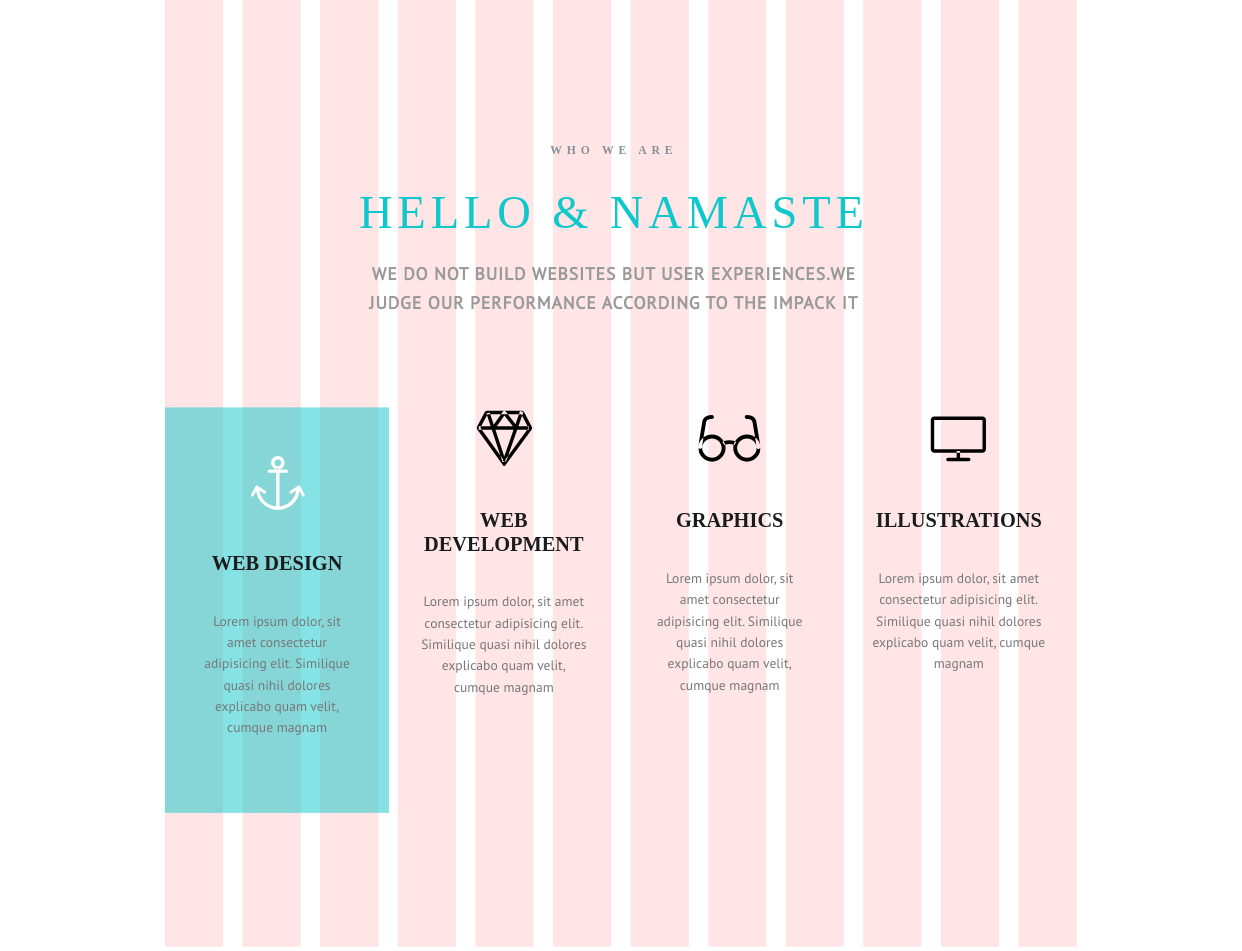
Repository: shpakovskaya/github.io
Page: boxsizing/namastegreen/index.html
The author's editor kept a copy of each file at every save. The page is drawn from the files as they stood at one save, then again after the next save.
The browser window is 1280 px wide. The pictures show the whole page, at 97% of full size.
The pointer rests on the first visible `.c-wrapper__anchor`.

Above is the page before, as saved 2021-11-24 20:06:17.

### boxsizing/namastegreen/index.html
<!DOCTYPE html>
<html lang="en">
  <head>
    <meta charset="UTF-8" />
    <meta http-equiv="X-UA-Compatible" content="IE=edge" />
    <meta name="viewport" content="width=device-width, initial-scale=1.0" />
    <title>namaste_green</title>
    <link
      rel="stylesheet"
      href="https://cdnjs.cloudflare.com/ajax/libs/normalize/8.0.1/normalize.min.css"
      integrity="sha512-NhSC1YmyruXifcj/KFRWoC561YpHpc5Jtzgvbuzx5VozKpWvQ+4nXhPdFgmx8xqexRcpAglTj9sIBWINXa8x5w=="
      crossorigin="anonymous"
      referrerpolicy="no-referrer"
    />
    <link
      rel="shortcut icon"
      href="./free-icon-sahasrara-5937794.ico"
      type="image/x-icon"
    />
    <!-- Fonts -->
    <link rel="stylesheet" href="./montserrat/Montserrat-Regular.ttf" />
    <link rel="stylesheet" href="./montserrat/Montserrat-Bold.ttf" />
    <link rel="preconnect" href="https://fonts.googleapis.com" />
    <link rel="preconnect" href="https://fonts.gstatic.com" crossorigin />
    <link
      href="https://fonts.googleapis.com/css2?family=PT+Sans&display=swap"
      rel="stylesheet"
    />
    <link rel="stylesheet" href="./style.css" />
  </head>
  <body>
    <!-- Background -->
    <div class="conteiner">
      <img
        src="./img/1b0eb2e9-f134-46c9-915e-629d914347aa (1).png"
        alt="background"
      />
      <!-- Header -->
      <header class="header conteiner">
        <header class="header__wrapper">
          <h5 class="e-header__one">WHO WE ARE</h5>
          <h2 class="e-header__two">HELLO & NAMASTE</h2>
          <h4 class="e-header__three">
            WE DO NOT BUILD WEBSITES BUT USER EXPERIENCES.WE
            <br />JUDGE OUR PERFORMANCE ACCORDING TO THE IMPACK IT
          </h4>
        </header>
      </header>
      <!-- Main content -->
      <div class="wrapper">
        <!-- Anchor item -->
        <div class="c-wrapper__anchor">
          <div class="e-wrapper__anchor">
            <svg
              version="1.2"
              baseprofile="tiny-ps"
              xmlns="http://www.w3.org/2000/svg"
              viewbox="0 0 69 74"
              width="64"
              height="64"
            >
              <path
                id="Anchor"
                class="shp0"
                d="M35 70.19C21.76 70.19 10.62 60.29 9.08 47.16C8.95 46.06 9.73 45.07 10.83 44.94C11.92 44.8 12.92 45.59 13.05 46.69C14.35 57.81 23.79 66.19 35 66.19C46.19 66.19 55.63 57.82 56.95 46.73C57.08 45.63 58.07 44.84 59.17 44.98C60.27 45.11 61.06 46.1 60.92 47.2C59.36 60.31 48.22 70.19 35 70.19ZM35 69.68C33.89 69.68 33 68.79 33 67.68L33 22.56C33 21.45 33.89 20.56 35 20.56C36.1 20.56 37 21.45 37 22.56L37 67.68C37 68.79 36.1 69.68 35 69.68ZM35.03 9.94C37.27 9.94 39.09 11.76 39.09 14C39.09 16.24 37.27 18.06 35.03 18.06C32.79 18.06 30.97 16.24 30.97 14C30.97 11.76 32.79 9.94 35.03 9.94M35.03 5.94C30.58 5.94 26.97 9.55 26.97 14C26.97 18.45 30.58 22.06 35.03 22.06C39.48 22.06 43.09 18.45 43.09 14C43.09 9.55 39.48 5.94 35.03 5.94L35.03 5.94ZM59.4 45.16L51.49 50.54C50.81 50.97 49.89 50.95 49.48 50.25L49.07 49.8C48.67 49.1 48.89 48.18 49.57 47.74L58.67 41.6C58.68 41.59 58.69 41.58 58.7 41.57L59.32 41.17C59.66 40.95 60.05 40.9 60.4 40.99C60.76 41.07 61.09 41.3 61.29 41.65L61.66 42.28C61.67 42.3 61.66 42.31 61.67 42.32L66.81 51.78C67.22 52.48 67 53.39 66.32 53.83L65.75 54.05C65.07 54.48 64.23 54.09 63.82 53.39L59.4 45.16ZM6.18 53.39C5.77 54.09 4.93 54.48 4.25 54.05L3.68 53.83C3 53.39 2.78 52.48 3.19 51.78L8.33 42.32C8.34 42.31 8.33 42.3 8.34 42.28L8.71 41.65C8.91 41.3 9.24 41.07 9.6 40.99C9.95 40.9 10.34 40.95 10.68 41.17L11.3 41.57C11.31 41.58 11.32 41.59 11.33 41.6L20.43 47.74C21.11 48.18 21.33 49.1 20.93 49.8L20.52 50.25C20.11 50.95 19.19 50.97 18.51 50.54L10.6 45.16L6.18 53.39ZM25 22L45 22C46.1 22 47 22.89 47 24C47 25.1 46.1 26 45 26L25 26C23.9 26 23 25.1 23 24C23 22.89 23.9 22 25 22Z"
              />
            </svg>
          </div>
          <div class="title">
            <h4 class="title__anchor">WEB DESIGN</h4>
          </div>
          <div class="text__anchor">
            <span
              >Lorem ipsum dolor, sit amet consectetur adipisicing elit.
              Similique quasi nihil dolores explicabo quam velit, cumque magnam
            </span>
          </div>
        </div>
        <!-- Diamond item -->
        <div class="c-wrapper__diamond">
          <div class="e-wrapper__diamond">
            <svg
              version="1.2"
              baseprofile="tiny-ps"
              xmlns="http://www.w3.org/2000/svg"
              viewbox="0 0 74 72"
              width="66"
              height="64"
            >
              <path
                id="Diamond"
                class="shp0"
                d="M57.75 7.98L66.06 23.88L37.94 62.17L10.27 23.59L18.57 7.98L57.75 7.98M58.17 3.98L18.17 3.98C17.07 3.98 15.74 4.77 15.23 5.75L6.51 22.14C5.99 23.11 6.09 24.63 6.73 25.53L36.74 67.35C37.06 67.8 37.49 68.03 37.91 68.03C38.34 68.03 38.76 67.81 39.09 67.36L69.58 25.85C70.23 24.96 70.35 23.44 69.84 22.47L61.09 5.75C60.58 4.78 59.27 3.98 58.17 3.98L58.17 3.98ZM66.42 25.98L8.42 25.98L8.42 21.98L66.42 21.98L66.42 25.98ZM36.02 63.61L17.27 7.11L21.06 5.85L39.81 62.35L36.02 63.61ZM39.96 63.18L36.18 61.86L56.28 4.32L60.06 5.64L39.96 63.18ZM27.14 25.12L23.86 22.83L36.39 4.83C36.76 4.31 37.35 3.99 37.98 3.97C38.59 3.98 39.22 4.24 39.61 4.75L53.08 22.08L49.92 24.54L38.12 9.35L27.14 25.12Z"
              />
            </svg>
          </div>
          <div class="title">
            <h4 class="title__diamond">WEB DEVELOPMENT</h4>
          </div>
          <div class="text__diamond">
            <span
              >Lorem ipsum dolor, sit amet consectetur adipisicing elit.
              Similique quasi nihil dolores explicabo quam velit, cumque magnam
            </span>
          </div>
        </div>
        <!-- Eyeglasses item -->
        <div class="c-wrapper__eyeglasses">
          <div class="e-wrapper__eyeglasses">
            <svg
              version="1.2"
              baseprofile="tiny-ps"
              xmlns="http://www.w3.org/2000/svg"
              viewbox="0 0 64 48"
              width="64"
              height="64"
            >
              <path
                id="Eyeglasses"
                class="shp0"
                d="M1.91 34.69C1.86 34.69 1.81 34.69 1.77 34.69C0.66 34.61 -0.17 33.65 -0.09 32.55C-0.03 31.68 3.03 12.72 3.54 9.66C3.59 9.37 3.62 9.06 3.67 8.73C4.06 5.65 4.79 -0.06 14.01 -0.06C15.12 -0.06 16.01 0.83 16.01 1.94C16.01 3.04 15.12 3.94 14.01 3.94C8.31 3.94 8.01 6.28 7.63 9.24C7.59 9.62 7.54 9.98 7.48 10.32C7.09 12.7 4.32 26.99 3.9 32.83C3.83 33.89 2.95 34.69 1.91 34.69ZM62.09 34.82C61.05 34.82 59.97 34.01 59.9 32.96C59.48 27.12 56.71 12.7 56.32 10.32C56.26 9.98 56.21 9.62 56.17 9.24C55.79 6.28 55.49 3.94 49.79 3.94C48.69 3.94 47.79 3.04 47.79 1.94C47.79 0.83 48.69 -0.06 49.79 -0.06C59.01 -0.06 59.74 5.65 60.13 8.73C60.18 9.06 60.21 9.37 60.26 9.66C60.77 12.72 64.03 31.81 64.09 32.67C64.17 33.78 63.34 34.73 62.23 34.81C62.19 34.82 62.14 34.82 62.09 34.82ZM14.08 24.02C19.58 24.02 24.04 28.48 24.04 33.98C24.04 39.47 19.58 43.94 14.08 43.94C8.57 43.94 3.92 39.38 3.92 33.98C3.92 28.58 8.57 24.02 14.08 24.02M14.08 20.02C6.37 20.02 -0.08 26.27 -0.08 33.98C-0.08 41.69 6.37 47.94 14.08 47.94C21.79 47.94 28.04 41.69 28.04 33.98C28.04 26.27 21.79 20.02 14.08 20.02L14.08 20.02ZM50.08 24.02C55.57 24.02 60.04 28.48 60.04 33.98C60.04 39.47 55.57 43.94 50.08 43.94C44.57 43.94 39.91 39.38 39.91 33.98C39.91 28.58 44.57 24.02 50.08 24.02M50.08 20.02C42.37 20.02 35.91 26.27 35.91 33.98C35.91 41.69 42.37 47.94 50.08 47.94C57.79 47.94 64.04 41.69 64.04 33.98C64.04 26.27 57.79 20.02 50.08 20.02L50.08 20.02ZM26.87 30.96L24.69 27.6C24.97 27.42 27.51 25.83 31.98 25.83C36.25 25.83 38.86 27.23 39.15 27.39L37.18 30.88C37.18 30.88 35.21 29.83 31.98 29.83C28.71 29.83 26.89 30.94 26.87 30.96Z"
              />
            </svg>
          </div>
          <div class="title">
            <h4 class="title__eyeglasses">GRAPHICS</h4>
          </div>
          <div class="text__eyeglasses">
            <span
              >Lorem ipsum dolor, sit amet consectetur adipisicing elit.
              Similique quasi nihil dolores explicabo quam velit, cumque magnam
            </span>
          </div>
        </div>
        <!-- Monitor item -->
        <div class="c-wrapper__monitor">
          <div class="e-wrapper__monitor">
            <svg
              version="1.2"
              baseprofile="tiny-ps"
              xmlns="http://www.w3.org/2000/svg"
              viewbox="0 0 72 65"
              width="64"
              height="64"
            >
              <path
                id="Monitor"
                class="shp0"
                d="M64 10.98L64 44.99L8 44.99L8 10.98L64 10.98M64 6.98L8 6.98C5.8 6.98 4 8.78 4 10.98L4 44.99C4 47.19 5.8 48.99 8 48.99L64 48.99C66.2 48.99 68 47.19 68 44.99L68 10.98C68 8.78 66.2 6.98 64 6.98L64 6.98ZM38 47L38 55L48 55C49.1 55 50 55.9 50 57C50 58.1 49.1 59 48 59L24 59C22.9 59 22 58.1 22 57C22 55.9 22.9 55 24 55L34 55L34 47L38 47Z"
              />
            </svg>
          </div>
          <div class="title">
            <h4 class="title__monitor">ILLUSTRATIONS</h4>
          </div>
          <div class="text__monitor">
            <span
              >Lorem ipsum dolor, sit amet consectetur adipisicing elit.
              Similique quasi nihil dolores explicabo quam velit, cumque magnam
            </span>
          </div>
        </div>
      </div>
    </div>
  </body>
</html>

### boxsizing/namastegreen/style.css
* {
  margin: 0;
  padding: 0;
  box-sizing: border-box;
}

.conteiner {
  max-width: 1280px;
  max-height: 976px;
  position: relative;
}

/* Header */
.header {
  position: absolute;
  top: 0px;
  left: 370px;
}

.header__wrapper {
  margin-top: 140px;
  text-align: center;
  line-height: 30px;
  /* display: flex;
  flex-direction: column; */
  /* justify-content: center; */
}
.e-header__one {
  font-size: 12px;
  font-family: "Montserrat";

  color: #898f99;
  letter-spacing: 5px;
  margin-bottom: 34px;
}

.e-header__two {
  font-size: 48px;
  font-family: "Montserrat";
  color: #0ec8cb;
  margin-bottom: 34px;
  letter-spacing: 5px;
  font-weight: 400;
}

.e-header__three {
  font-size: 18px;
  letter-spacing: 1px;
  color: #999999;
  font-family: "PT Sans";
}

/* Items */
.wrapper {
  position: absolute;
  top: 420px;
  left: 170px;
  display: flex;
  flex-direction: row;
  text-align: center;
  max-width: 940px;
  min-height: 418px;
}

.c-wrapper__anchor {
  display: inline-block;
  align-content: center;
  background: cornflowerblue transparent;
  border: 1px solid transparent;
}

/* Title */
.title {
  color: #1b1b1b;
  margin: 36px;
  font-size: 21px;
  font-family: "Montserrat";
}

/* Text */
.text__diamond,
.text__anchor,
.text__eyeglasses,
.text__monitor {
  margin: 32px;
  color: #777777;
  font-size: 14px;
  line-height: 22px;
  font-family: "PT Sans";
  font-weight: 400;
}

/* Items hover */
.c-wrapper__anchor:hover {
  background: rgba(14, 200, 203, 0.5);
  color: white;
  fill: white;
}

.c-wrapper__diamond:hover {
  background: rgba(14, 200, 203, 0.5);
  color: white;
  fill: white;
}

.c-wrapper__eyeglasses:hover {
  background: rgba(14, 200, 203, 0.5);
  color: white;
  fill: white;
}

.c-wrapper__monitor:hover {
  background: rgba(14, 200, 203, 0.5);
  color: white;
  fill: white;
}

After the next save:
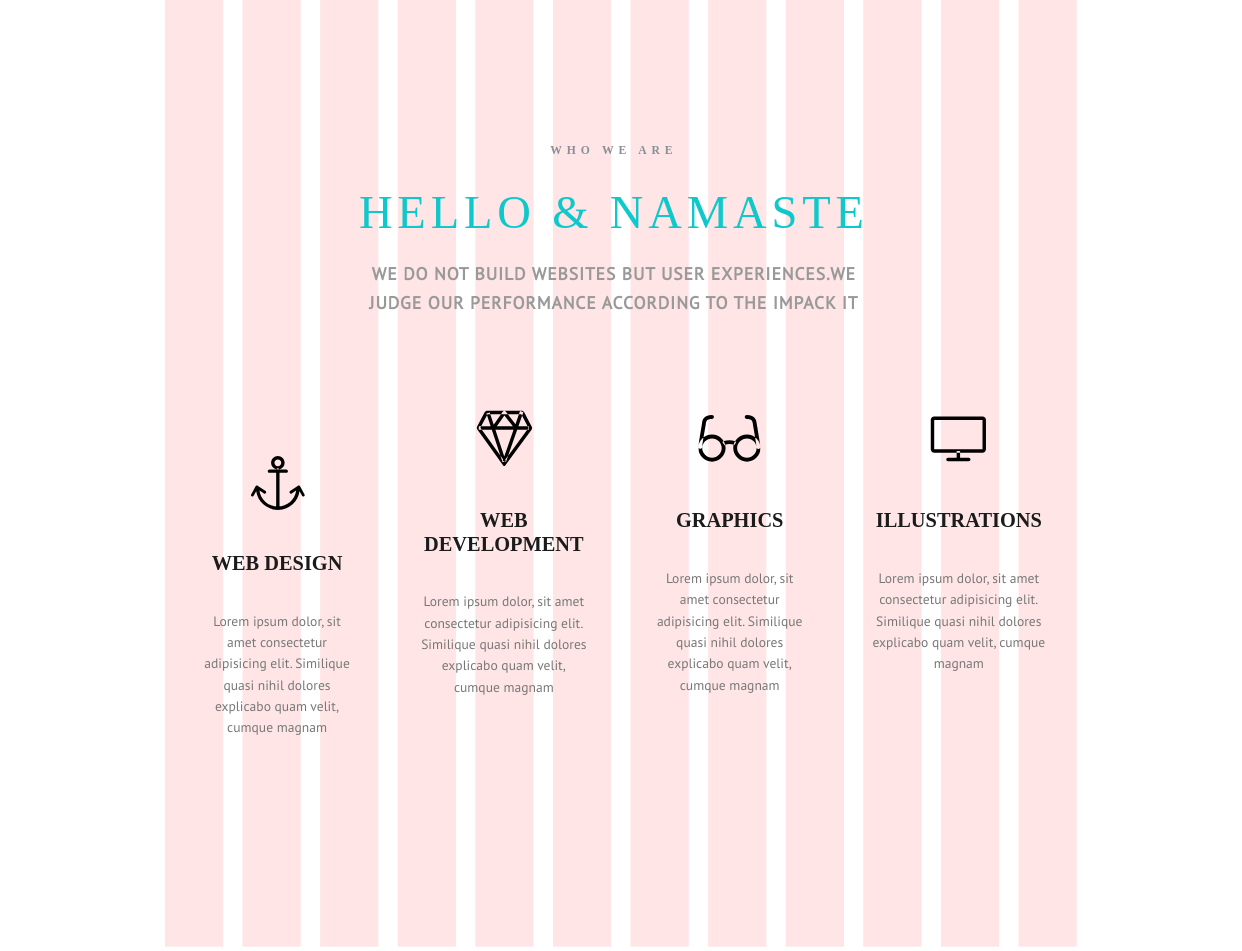
Saved 74 min 13 s later.
--- a/boxsizing/namastegreen/style.css
+++ b/boxsizing/namastegreen/style.css
@@ -91,7 +91,7 @@
 }
 
 /* Items hover */
-.c-wrapper__anchor:hover {
+.c-wrapper__anchor:hover + .title + .text__anchor {
   background: rgba(14, 200, 203, 0.5);
   color: white;
   fill: white;

After the save that followed:
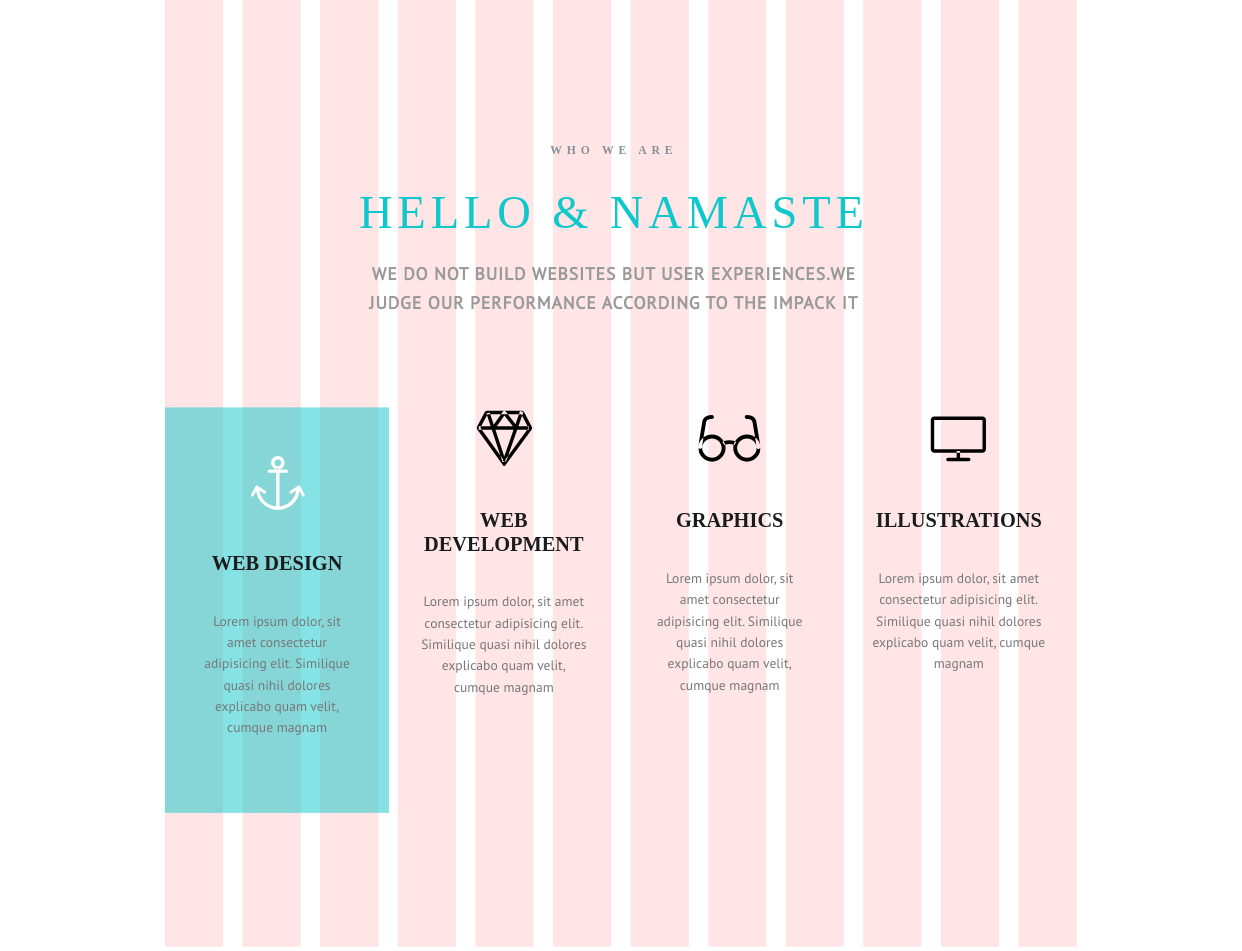
Saved 19 s later.
--- a/boxsizing/namastegreen/style.css
+++ b/boxsizing/namastegreen/style.css
@@ -91,7 +91,7 @@
 }
 
 /* Items hover */
-.c-wrapper__anchor:hover + .title + .text__anchor {
+.c-wrapper__anchor:hover {
   background: rgba(14, 200, 203, 0.5);
   color: white;
   fill: white;
